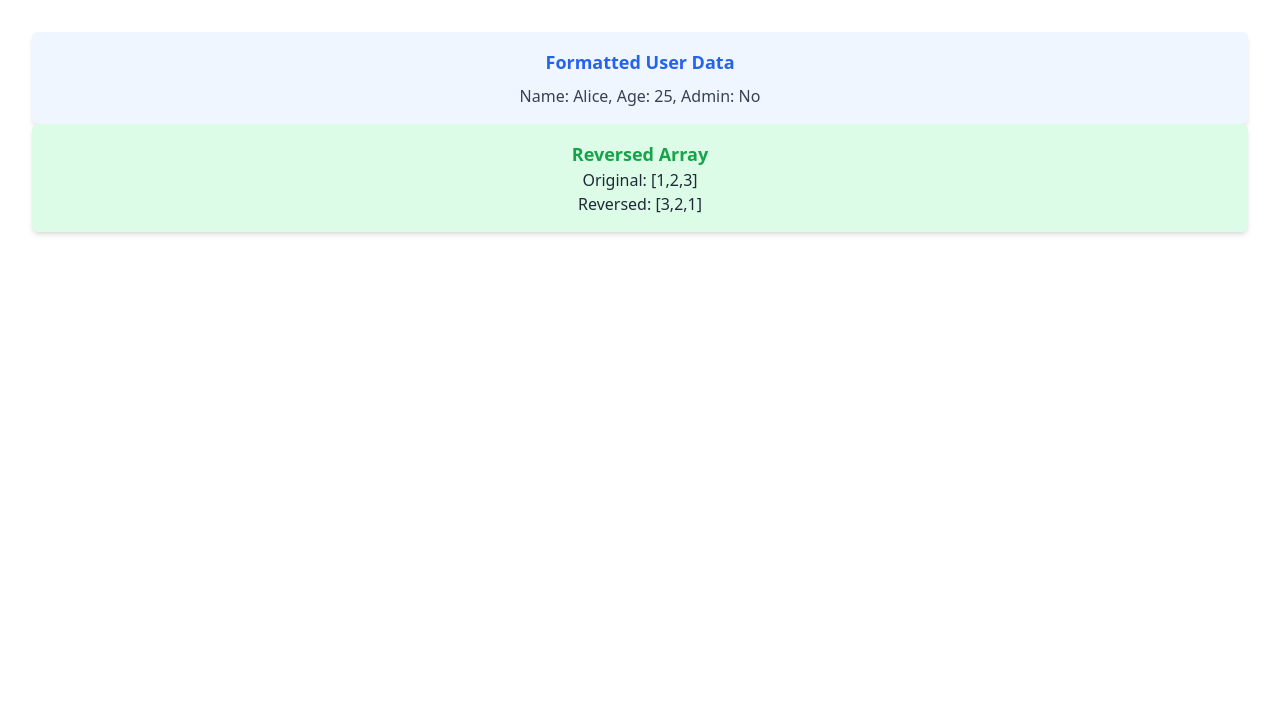
Repository: SitoraRashidova/hw034
Page: /
The author's editor kept a copy of each file at every save. The page is drawn from the files as they stood at one save, then again after the next save.
The browser window is 1280 px wide. The pictures show the whole page.
The project was rebuilt for these pictures with package versions that can differ from the ones it lists, and the page was loaded fresh each time. Also part of the build but not shown: vite.config.js.

Above is the page before, as saved 2024-12-26 11:06:36.

After the next save:
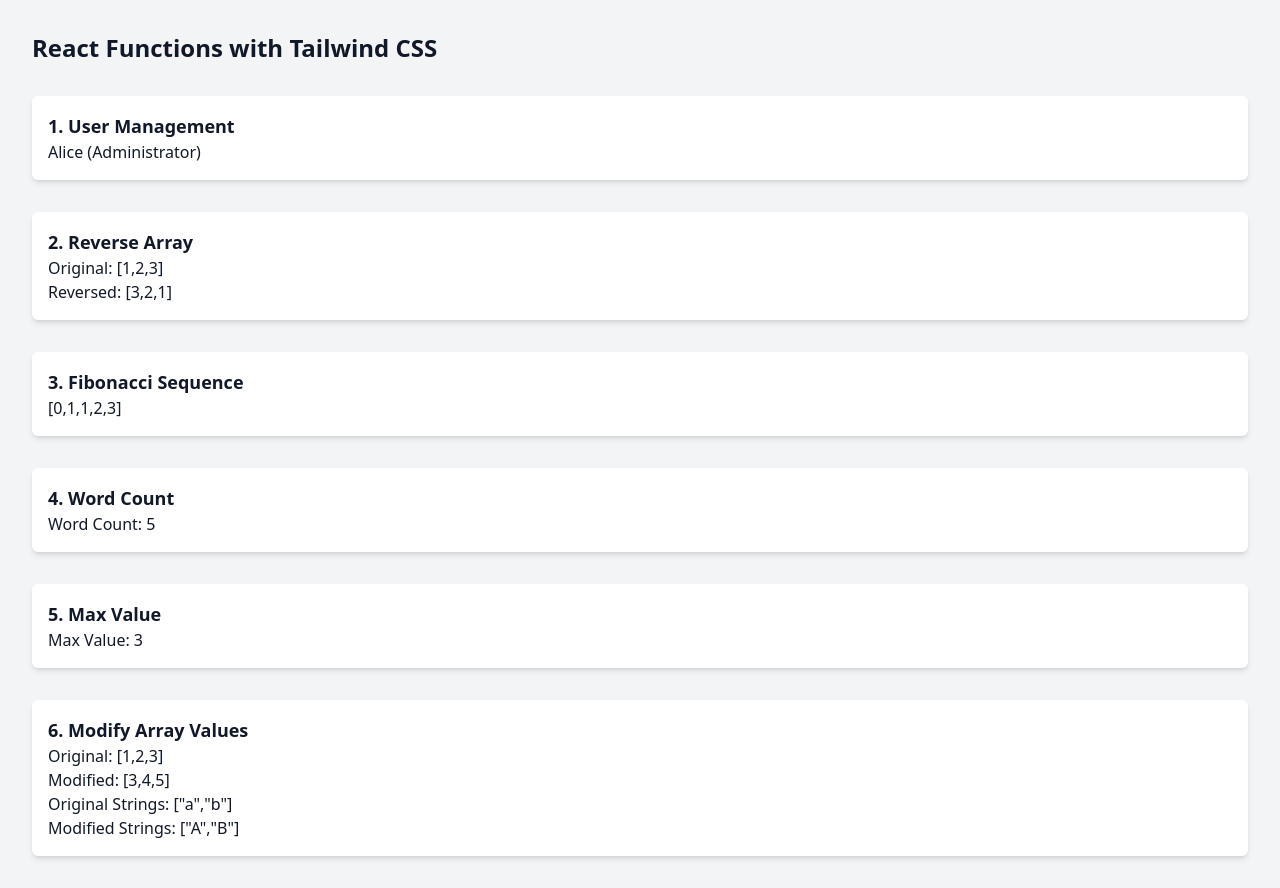
Saved 88 s later.
--- a/src/App.jsx
+++ b/src/App.jsx
@@ -1,14 +1,87 @@
-import "./App.css";
-import FormatUser from "./components/formatUser";
-import ReverseArray from "./components/reverseArray";
+import React, { useState } from "react";
 
-function App() {
+const App = () => {
+  // 1. User Management
+  const userManagement = (user) => {
+    return `${user.name} (${user.role === "admin" ? "Administrator" : "User"})`;
+  };
+
+  // 2. Reverse Array
+  const reverseArray = (arr) => [...arr].reverse();
+
+  // 3. Fibonacci Numbers
+  const fibonacci = (n) => {
+    const result = [];
+    for (let i = 0, a = 0, b = 1; i < n; i++) {
+      result.push(a);
+      [a, b] = [b, a + b];
+    }
+    return result;
+  };
+
+  // 4. Word Count
+  const wordCount = (text) => {
+    return text.trim().split(/\s+/).length;
+  };
+
+  // 5. Max Value in Array
+  const findMax = (arr) => (arr.length === 0 ? null : Math.max(...arr));
+
+  // 6. Modify Array Values
+  const modifyArray = (arr) =>
+    arr.map((item) =>
+      typeof item === "number" ? item + 2 : item.toUpperCase()
+    );
+
+  // Demo purposes
+  const demoArray = [1, 2, 3];
+  const demoStringArray = ["a", "b"];
+
   return (
-    <>
-      <FormatUser />
-      <ReverseArray />
-    </>
+    <div className="p-8 space-y-8 bg-gray-100 min-h-screen text-gray-900">
+      <h1 className="text-2xl font-bold">React Functions with Tailwind CSS</h1>
+
+      {/* User Management */}
+      <div className="p-4 bg-white shadow-md rounded-md">
+        <h2 className="text-lg font-semibold">1. User Management</h2>
+        <p>{userManagement({ name: "Alice", role: "admin" })}</p>
+      </div>
+
+      {/* Reverse Array */}
+      <div className="p-4 bg-white shadow-md rounded-md">
+        <h2 className="text-lg font-semibold">2. Reverse Array</h2>
+        <p>Original: {JSON.stringify(demoArray)}</p>
+        <p>Reversed: {JSON.stringify(reverseArray(demoArray))}</p>
+      </div>
+
+      {/* Fibonacci */}
+      <div className="p-4 bg-white shadow-md rounded-md">
+        <h2 className="text-lg font-semibold">3. Fibonacci Sequence</h2>
+        <p>{JSON.stringify(fibonacci(5))}</p>
+      </div>
+
+      {/* Word Count */}
+      <div className="p-4 bg-white shadow-md rounded-md">
+        <h2 className="text-lg font-semibold">4. Word Count</h2>
+        <p>Word Count: {wordCount("This is a sample text")}</p>
+      </div>
+
+      {/* Max Value */}
+      <div className="p-4 bg-white shadow-md rounded-md">
+        <h2 className="text-lg font-semibold">5. Max Value</h2>
+        <p>Max Value: {findMax(demoArray)}</p>
+      </div>
+
+      {/* Modify Array */}
+      <div className="p-4 bg-white shadow-md rounded-md">
+        <h2 className="text-lg font-semibold">6. Modify Array Values</h2>
+        <p>Original: {JSON.stringify(demoArray)}</p>
+        <p>Modified: {JSON.stringify(modifyArray(demoArray))}</p>
+        <p>Original Strings: {JSON.stringify(demoStringArray)}</p>
+        <p>Modified Strings: {JSON.stringify(modifyArray(demoStringArray))}</p>
+      </div>
+    </div>
   );
-}
+};
 
 export default App;
